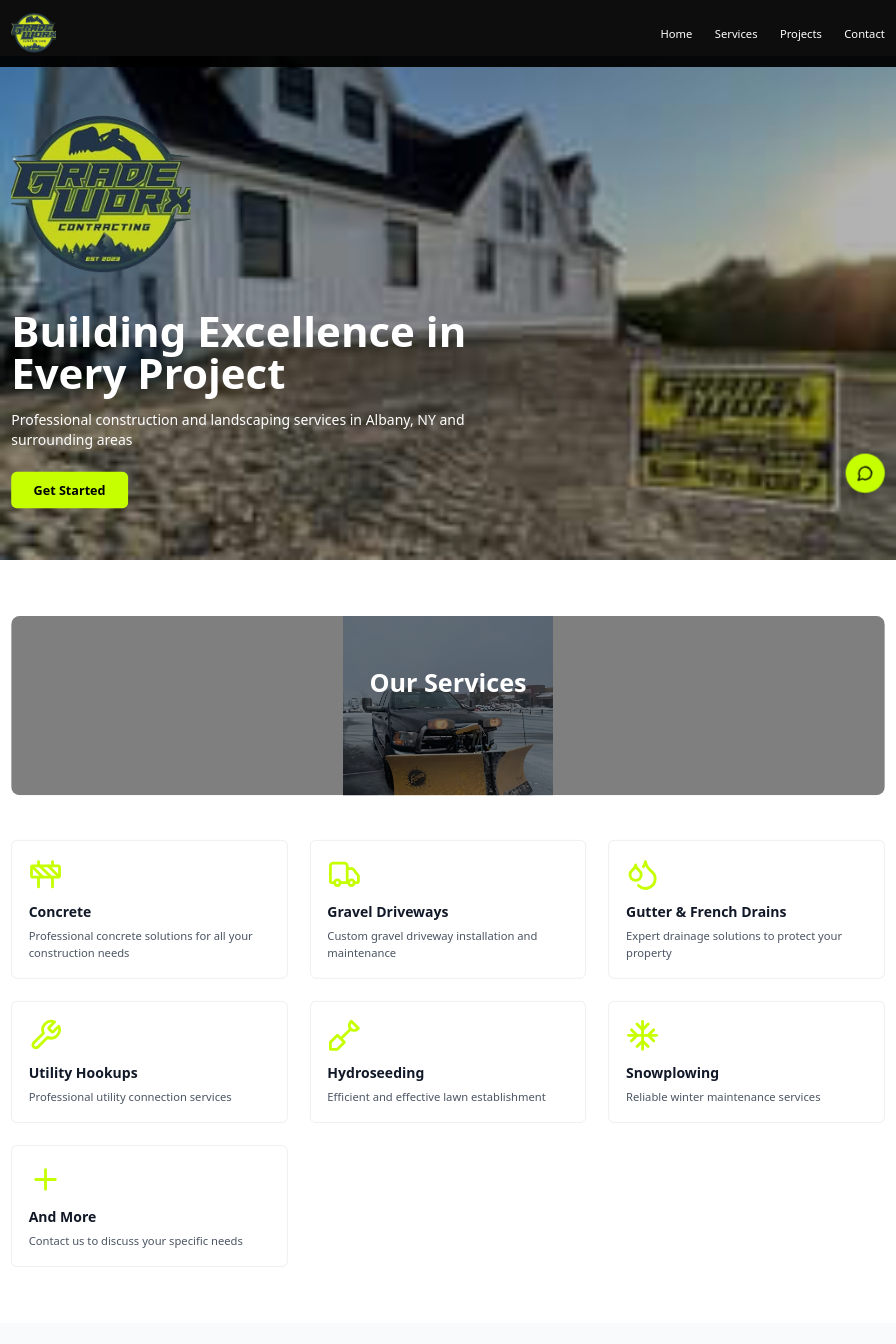
Repository: gabe126679/GradeWorx
Page: /
These files come from the project's save history. The page is drawn as it stood at one moment and after a run of saves; the edit follows.
The browser window is 1280 px wide. The pictures show the part of the page from y = 0 to 1920 px (the page is 3566 px tall), at 70% of full size.
The project was rebuilt for these pictures with package versions that can differ from the ones it lists, and the page was loaded fresh each time. Also part of the build but not shown: vite.config.ts.

Above is the page before, as saved 2024-12-16 00:06:41.

After the next 6 saves:
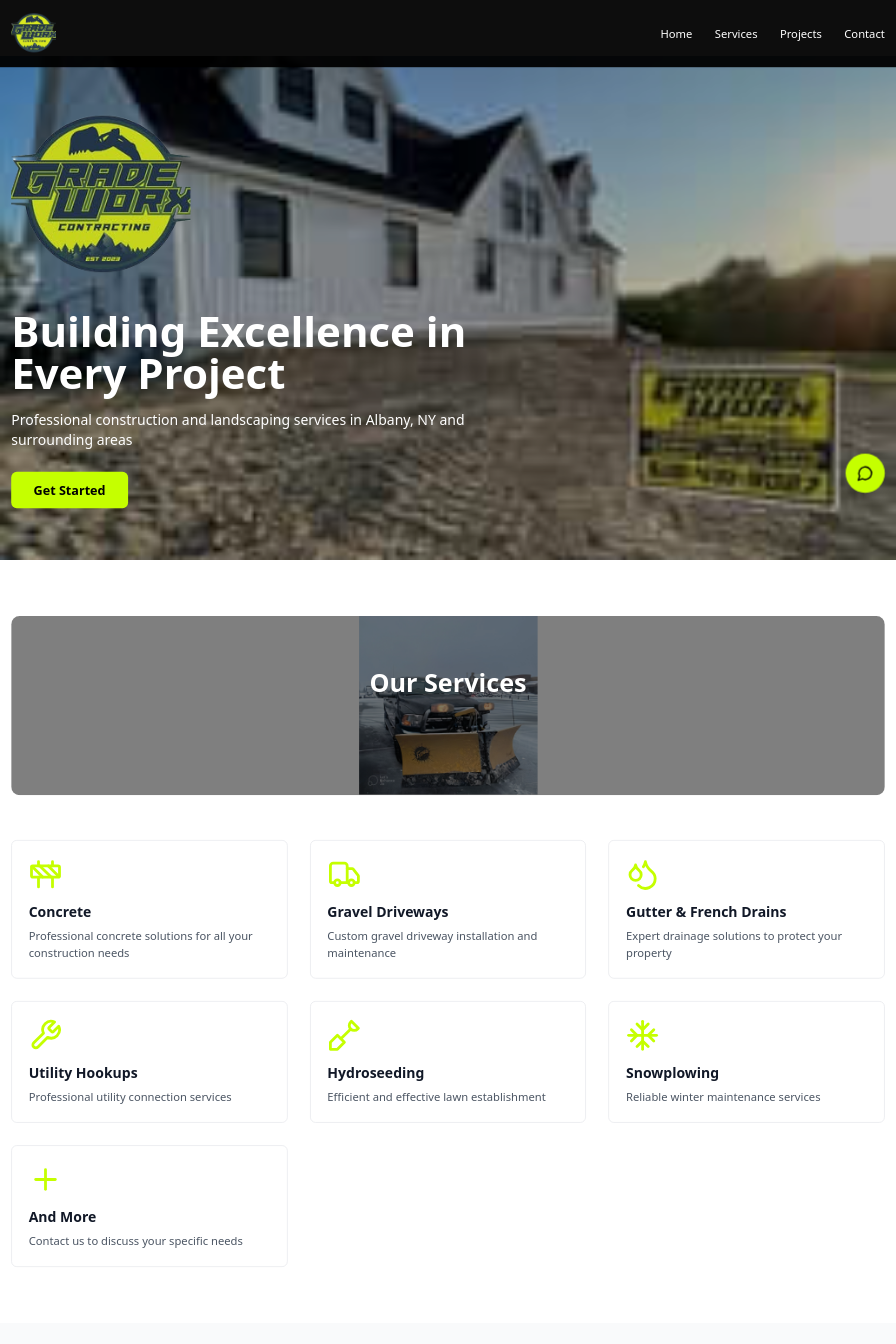
The 6 saves are shown as one change because they came seconds apart.
The last was saved 18 s later.
--- a/src/pages/Services.tsx
+++ b/src/pages/Services.tsx
@@ -11,7 +11,7 @@
           src="/images/service1.jpg"
           alt="Our Services"
           className="w-full h-full object-cover"
-          style={{ width: '100%', height: '300px', objectFit: 'contain' }}
+          style={{ width: '100%', height: '255px', objectFit: 'contain' }}
         />
         <div className="absolute inset-0 bg-black/50 flex items-center justify-center">
           <SectionTitle className="text-white mb-0">Our Services</SectionTitle>
